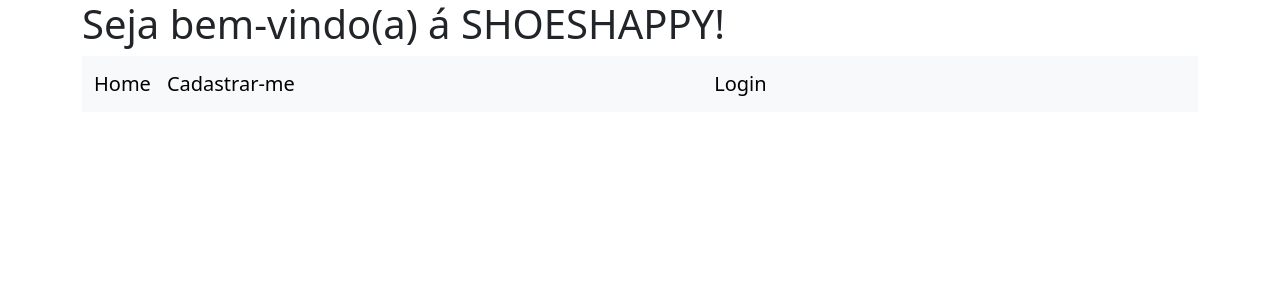
Repository: DianeMascarello/Uc09Senai
Page: http://localhost/SA3Uc09/
These files come from the project's save history. The page is drawn as it stood at one moment and after the next save; the edit follows.
The browser window is 1280 px wide. The pictures show the whole page.
The page is served by Tomcat 10. Other server files are loaded and not shown.

Above is the page before, as saved 2023-08-14 02:09:48.

### SA3Uc09/src/main/webapp/index.jsp
<%@ page language="java" contentType="text/html; charset=UTF-8"
	pageEncoding="UTF-8"%>
<!DOCTYPE html>
<html>
<head>
<meta charset="UTF-8">
<link>
<title>SHOESHAPPY</title>
<link
	href="https://cdn.jsdelivr.net/npm/bootstrap@5.3.1/dist/css/bootstrap.min.css"
	rel="stylesheet"
	integrity="sha384-4bw+/aepP/YC94hEpVNVgiZdgIC5+VKNBQNGCHeKRQN+PtmoHDEXuppvnDJzQIu9"
	crossorigin="anonymous">

</head>
<body>
	<div class="container">

		<h1>Seja bem-vindo(a) á SHOESHAPPY!</h1>
		<!-- 		<nav class="navbar navbar-expand-lg bg-body-tertiary"> -->
		<!-- 			<div class="container-fluid"> -->
		<!-- 				<a class="navbar-brand" href="index.jsp">Home</a> -->
		<!-- 				<button class="navbar-toggler" type="button" -->
		<!-- 					data-bs-toggle="collapse" data-bs-target="#navbarSupportedContent" -->
		<!-- 					aria-controls="navbarSupportedContent" aria-expanded="false" -->
		<!-- 					aria-label="Toggle navigation"> -->
		<!-- 					<span class="navbar-toggler-icon"></span> -->
		<!-- 				</button> -->
		<!-- 			</div> -->
		<!-- 		</nav> -->
		<!-- 		<div class="collapse navbar-collapse" id="navbarSupportedContent"> -->
		<!-- 			<ul class="navbar-nav me-auto mb-2 mb-lg-0"> -->
		<!-- 				<li class="nav-item"><a class="nav-link active" -->
		<!-- 					aria-current="page" href="#">Cadastrar-me</a></li> -->
		<!-- 						<li class="nav-item"><a class="nav-link active" -->
		<!-- 							aria-current="page" href="login.jsp">Login</a></li> -->
		<!-- 					</ul> -->
		<!-- 				</div> -->
		<!-- 			</div> -->
		<!-- 		<br> -->
		<nav class="navbar navbar-expand-lg bg-body-tertiary">
			<div class="container-fluid">
				<a class="navbar-brand" href="index.jsp">Home</a>
				<a class="navbar-brand me-auto mb-2 mb-lg-0" href="Cadastro.jsp">Cadastrar-me</a>
				<a class="navbar-brand me-auto mb-2 mb-lg-0" href="login.jsp">Login</a>
				<button class="navbar-toggler" type="button"
					data-bs-toggle="collapse" data-bs-target="#navbarSupportedContent"
					aria-controls="navbarSupportedContent" aria-expanded="false"
					aria-label="Toggle navigation">
					<span class="navbar-toggler-icon"></span>
				</button>
			</div>
	</div>
	</nav>

	<script
		src="https://cdn.jsdelivr.net/npm/bootstrap@5.3.1/dist/js/bootstrap.bundle.min.js"
		integrity="sha384-HwwvtgBNo3bZJJLYd8oVXjrBZt8cqVSpeBNS5n7C8IVInixGAoxmnlMuBnhbgrkm"
		crossorigin="anonymous"></script>
</body>
</html>

After the next save:
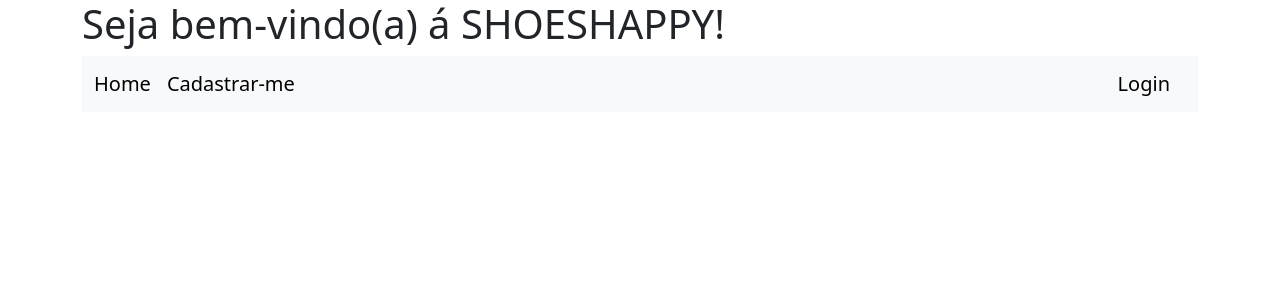
Saved 63 s later.
--- a/SA3Uc09/src/main/webapp/index.jsp
+++ b/SA3Uc09/src/main/webapp/index.jsp
@@ -42,7 +42,7 @@
 			<div class="container-fluid">
 				<a class="navbar-brand" href="index.jsp">Home</a>
 				<a class="navbar-brand me-auto mb-2 mb-lg-0" href="Cadastro.jsp">Cadastrar-me</a>
-				<a class="navbar-brand me-auto mb-2 mb-lg-0" href="login.jsp">Login</a>
+				<a class="navbar-brand" href="login.jsp">Login</a>
 				<button class="navbar-toggler" type="button"
 					data-bs-toggle="collapse" data-bs-target="#navbarSupportedContent"
 					aria-controls="navbarSupportedContent" aria-expanded="false"

After the save that followed:
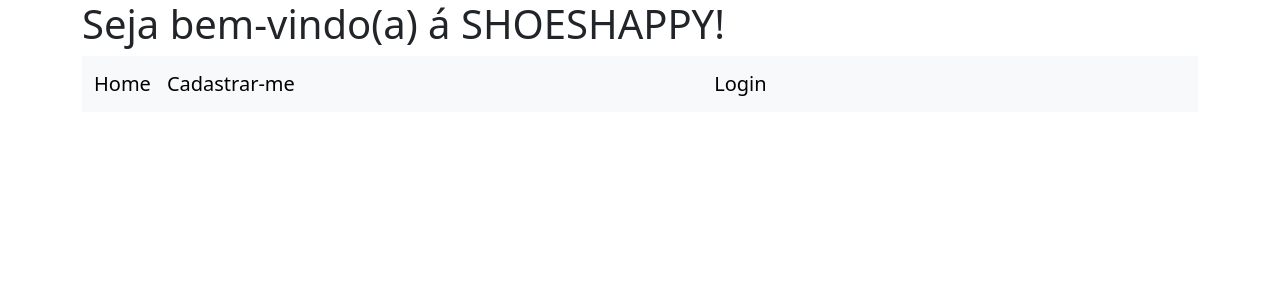
Saved 20 s later.
--- a/SA3Uc09/src/main/webapp/index.jsp
+++ b/SA3Uc09/src/main/webapp/index.jsp
@@ -42,7 +42,7 @@
 			<div class="container-fluid">
 				<a class="navbar-brand" href="index.jsp">Home</a>
 				<a class="navbar-brand me-auto mb-2 mb-lg-0" href="Cadastro.jsp">Cadastrar-me</a>
-				<a class="navbar-brand" href="login.jsp">Login</a>
+				<a class="navbar-brand me-auto mb-0 mb-lg-0" href="login.jsp">Login</a>
 				<button class="navbar-toggler" type="button"
 					data-bs-toggle="collapse" data-bs-target="#navbarSupportedContent"
 					aria-controls="navbarSupportedContent" aria-expanded="false"
